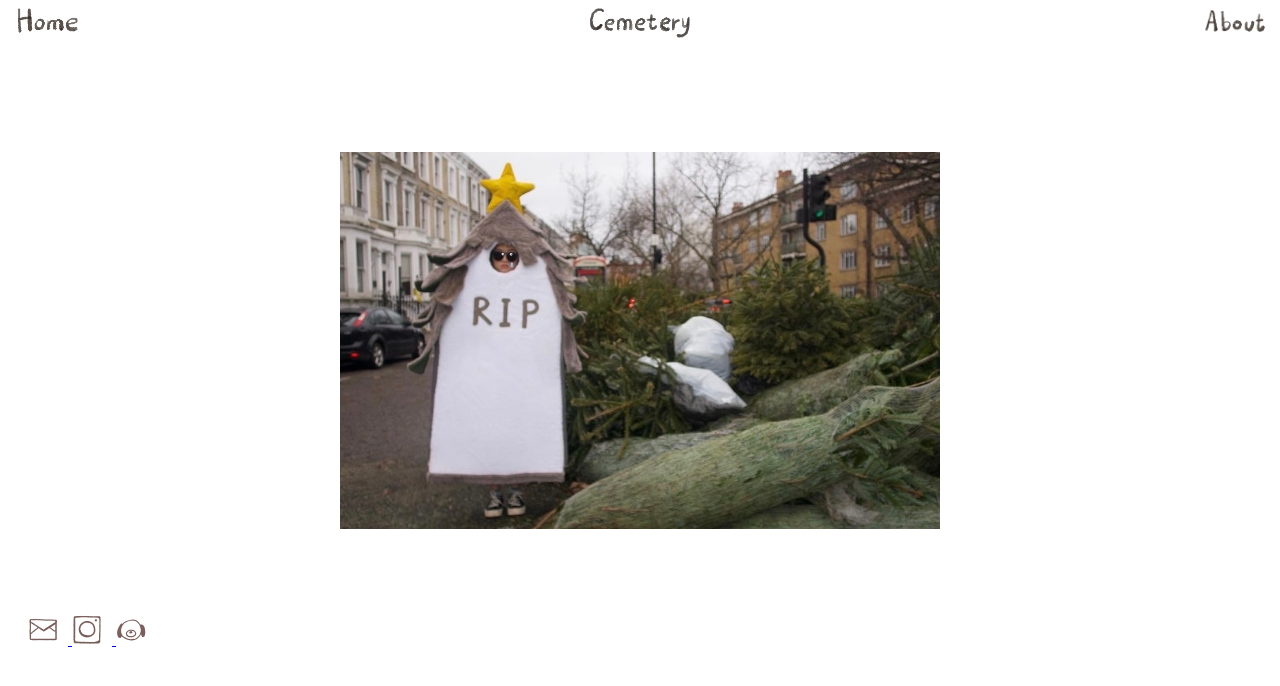
Repository: FuugaMo/ByeByeChristmasTree.github.io
Page: about.html
The author's editor kept a copy of each file at every save. The page is drawn from the files as they stood at one save, then again after the next save.
The browser window is 1280 px wide. The pictures show the whole page.

Above is the page before, as saved 2023-08-01 21:48:00.

After the next save:
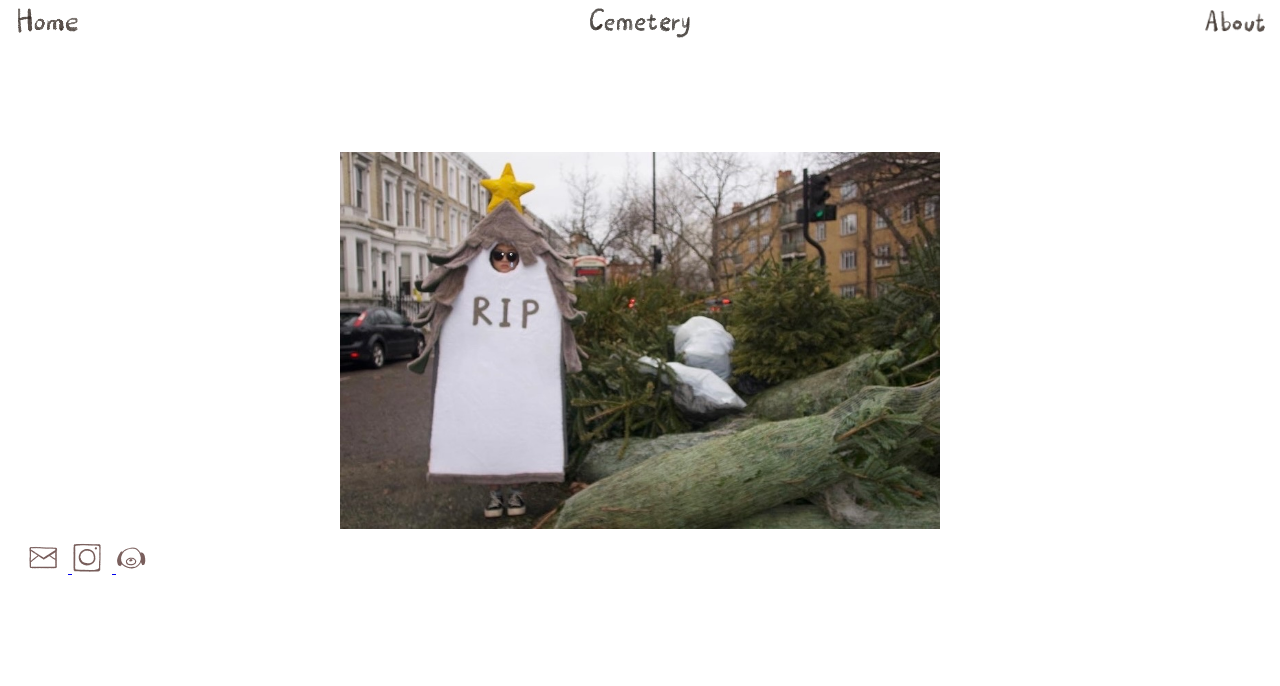
Saved 9 s later.
--- a/about.html
+++ b/about.html
@@ -63,10 +63,6 @@
         <img src="./Image/About1.jpeg">
     </div>
 
-    <br>
-    <br>
-    <br>
-    <br>
     <div class="text2">
         <a href="https://bagegoo@126.com">
             <img
@@ -89,8 +85,6 @@
                 alt="Website Icon"
             >
         </a>
-
-
     </div>
 
 </body>
